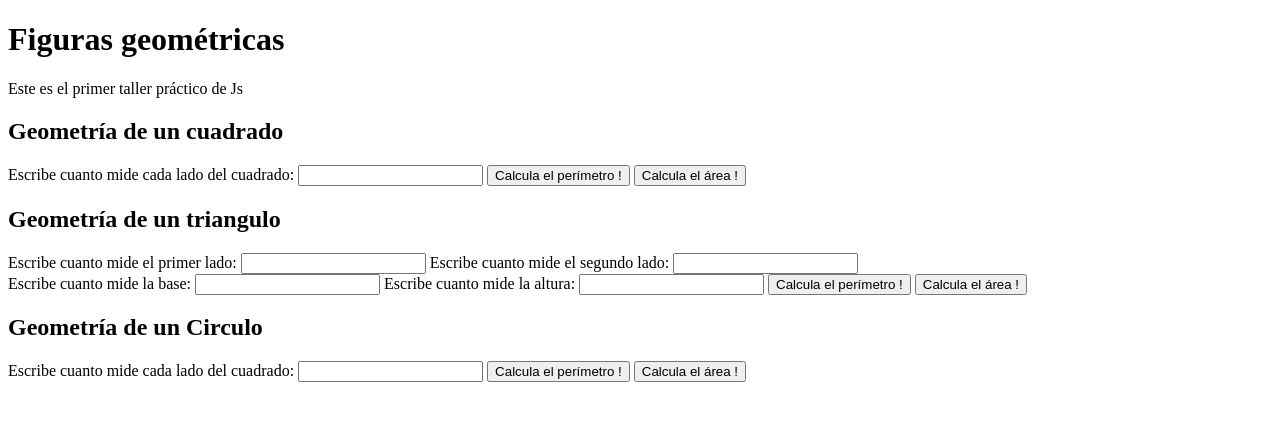
Repository: ChristianGecchelin/javascript-project
Page: javascript-project/figuras-geometricas/figuras.html
These files come from the project's save history. The page is drawn as it stood at one moment and after the next save; the edit follows.
The browser window is 1280 px wide. The pictures show the whole page.

Above is the page before, as saved 2021-12-01 12:24:50.

### javascript-project/figuras-geometricas/figuras.html
<!DOCTYPE html>
<html lang="en">
  <head>
    <meta charset="UTF-8" />
    <meta http-equiv="X-UA-Compatible" content="IE=edge" />
    <meta name="viewport" content="width=device-width, initial-scale=1.0" />
    <title>Figuras geométricas | Proyecto 1</title>
  </head>
  <body>
    <header>
      <h1>Figuras geométricas</h1>
      <p>Este es el primer taller práctico de Js</p>
    </header>
    <section>
      <h2>Geometría de un cuadrado</h2>
      <form action="">
        <label for="">Escribe cuanto mide cada lado del cuadrado:</label>
        <input type="number" id="inputCuadrado" />
        <button type="button" onclick="calcularPerimetroCuadrado()">
          Calcula el perímetro !
        </button>
        <button type="button" onclick="calcularAreaCuadrado()">
          Calcula el área !
        </button>
        <!-- type button, para quitarle el submit por defecto y que no me redireccione a ningun lado -->
      </form>
    </section>
    <section>
      <h2>Geometría de un triangulo</h2>
      <form action="">
        <label for="">Escribe cuanto mide el primer lado:</label>
        <input type="number" id="inputLado1" />
        <label for="">Escribe cuanto mide el segundo lado:</label>
        <input type="number" id="inputLado2" /><br />
        <label for="">Escribe cuanto mide la base:</label>
        <input type="number" id="inputBase" />
        <label for="">Escribe cuanto mide la altura:</label>
        <input type="number" id="inputAltura" />
        <button type="button" onclick="calcularPerimetroTriangulo()">
          Calcula el perímetro !
        </button>
        <button type="button" onclick="calcularAreaTriangulo()">
          Calcula el área !
        </button>
        <!-- type button, para quitarle el submit por defecto y que no me redireccione a ningun lado -->
      </form>
    </section>
    <section>
      <h2>Geometría de un Circulo</h2>
      <form action="">
        <label for="">Escribe cuanto mide cada lado del cuadrado:</label>
        <input type="number" id="inputCuadrado" />
        <button type="button" onclick="calcularPerimetroCuadrado()">
          Calcula el perímetro !
        </button>
        <button type="button" onclick="calcularAreaCuadrado()">
          Calcula el área !
        </button>
        <!-- type button, para quitarle el submit por defecto y que no me redireccione a ningun lado -->
      </form>
    </section>
    <script src="./figurasConFunciones.js"></script>
  </body>
</html>

### javascript-project/figuras-geometricas/figurasConFunciones.js
/* Codigo del cuadrado */
console.group("Cuadrado");
function perimetroCuadrado(lado) {
  return lado * 4;
}
/* console.log(`Perimetro del cuadrado es: ${perimetroCuadrado} cm.`); */
function areaCuadrado(lado) {
  return (
    lado ** 2
  ); /* debe estar escrito de igual manera el parametro que el return */
}

/* console.log(`El area del cuadrado es: ${areaCuadrado} cm^2.`); */
console.groupEnd();

/* Codigo del triangulo */
console.group("Triangulo");

function perimetroTriangulo(lado1, lado2, base) {
  return lado1 + lado2 + base;
}
function areaTriangulo(base, altura) {
  return (base * altura) / 2;
}
console.groupEnd();

//Codigo Circulo
console.group("Circulo");
function diametroCirculo(radio) {
  return radio * 2;
}
const pi = Math.PI;
function circunferencia(radio) {
  const diametro = diametroCirculo(radio);
  /* llamo a una funcion dentro de otra y creo una variable que tiene alcance local */
  return diametro * pi;
}
function superficieCirculo(radio) {
  return pi * radio ** 2;
}

console.groupEnd();

function calcularPerimetroCuadrado() {
  const input = document.getElementById("inputCuadrado");
  const value = input.value;
  const perimetro = perimetroCuadrado(value);
  alert(perimetro);
}
function calcularAreaCuadrado() {
  const input = document.getElementById("inputCuadrado");
  const value = input.value;
  const area = areaCuadrado(value);
  alert(area);
}

After the next save:
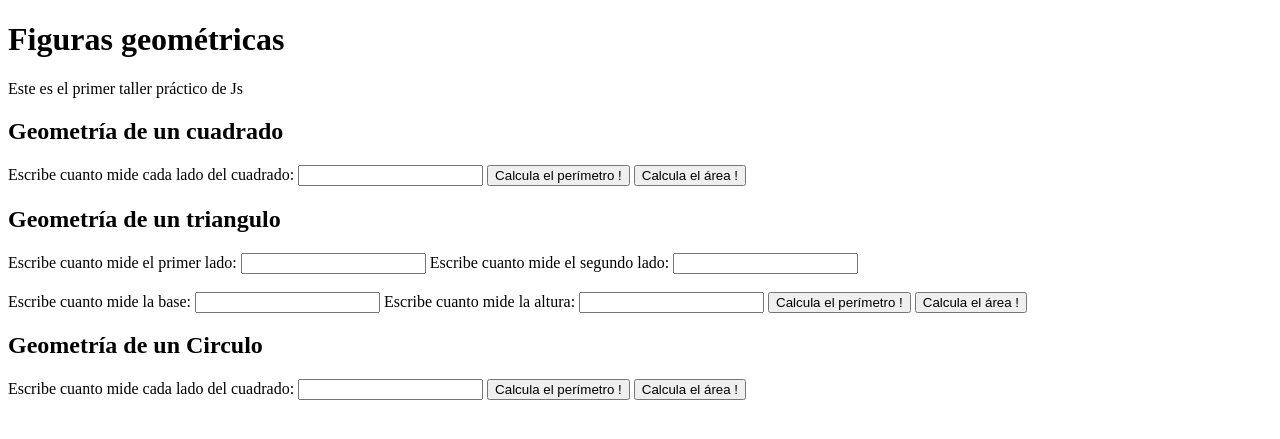
Saved 6 s later.
--- a/javascript-project/figuras-geometricas/figuras.html
+++ b/javascript-project/figuras-geometricas/figuras.html
@@ -31,7 +31,7 @@
         <label for="">Escribe cuanto mide el primer lado:</label>
         <input type="number" id="inputLado1" />
         <label for="">Escribe cuanto mide el segundo lado:</label>
-        <input type="number" id="inputLado2" /><br />
+        <input type="number" id="inputLado2" /><br /><br />
         <label for="">Escribe cuanto mide la base:</label>
         <input type="number" id="inputBase" />
         <label for="">Escribe cuanto mide la altura:</label>
